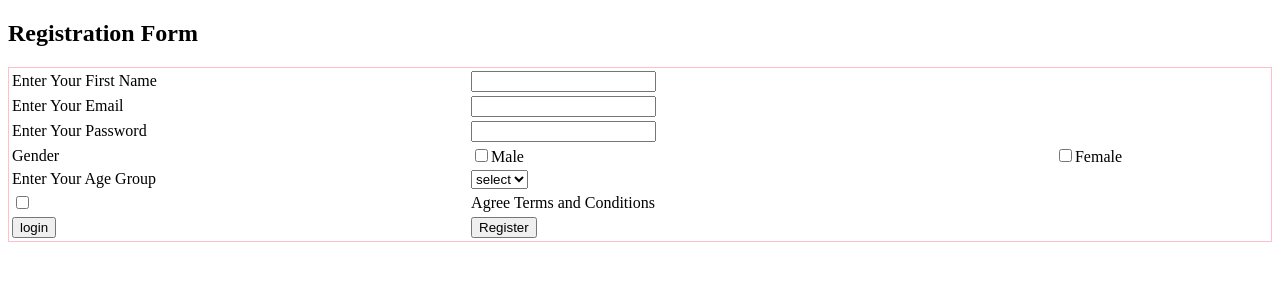
Repository: ishwarbade3/Web-Based-Java-at-CDAC
Page: MyApp/src/main/webapp/index.html
The author's editor kept a copy of each file at every save. The page is drawn from the files as they stood at one save, then again after the next save.
The browser window is 1280 px wide. The pictures show the whole page.

Above is the page before, as saved 2026-05-18 10:17:18.

### MyApp/src/main/webapp/index.html
<!DOCTYPE html>
<html>
<head>
<meta charset="ISO-8859-1">
<title>Insert title here</title>
<script type="text/javascript" src="resource/js/app.js"></script>
<link rel="styleSheet" href="resource/css/style.css">
</head>
<body>
	<h2>Registration Form</h2>
	<form action="register.html" method="get" name="regForm"
		onSubmit="return validate()">
		<table>
			<tr>
				<td>Enter Your First Name</td>
				<td><input type="text" name="fName"></td>
			</tr>
			<tr>
				<td>Enter Your Email</td>
				<td><input type="email" name="pEmail"></td>
			</tr>
			<tr>
				<td>Enter Your Password</td>
				<td><input type="password" name="pass"></td>
			</tr>
			<tr>
				<td>Gender</td>
				<td><input type="checkbox" name="male">Male</td>
				<td><input type="checkbox" name="female">Female</td>
			</tr>
			<tr>
				<td>Enter Your Age Group</td>
				<td><select name="age">
						<option value="select" selected="selected">select</option>
						<option value="16-18">16-18</option>
						<option value="19-20">19-20</option>
						<option value="20-22">20-22</option>
						<option value="22-25">22-25</option>
						<option value="26-30">26-30</option>
						<option value="31-35">31-35</option>
				</select></td>
			</tr>
			<tr>
				<td><input type="checkbox" name="terms"></td>
				<td>Agree Terms and Conditions</td>
			</tr>
			<tr>
				<td><input type="button" value="login"
					onclick="location.href='login.html'"></td>
				<td><input type="button" value="Register"
					onclick="location.href='registration.html'"></td>
			</tr>
		</table>
	</form>

</body>
</html>

### MyApp/src/main/webapp/resource/js/app.js
function validate(){

	if(document.regForm.fName.value==""){
		alert("Enter Your Name !!!")
		return false;
	}


}

### MyApp/src/main/webapp/resource/css/style.css
@charset "ISO-8859-1";

table{
	border:1px solid pink;
	width:100%;
	font-family: cursive;
}

After the next save:
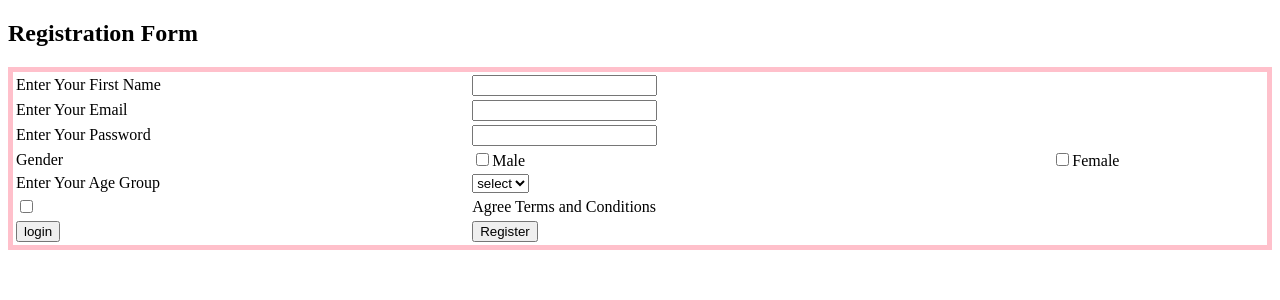
Saved 32 s later.
--- a/MyApp/src/main/webapp/resource/css/style.css
+++ b/MyApp/src/main/webapp/resource/css/style.css
@@ -1,7 +1,7 @@
 @charset "ISO-8859-1";
 
 table{
-	border:1px solid pink;
+	border:5px solid pink;
 	width:100%;
 	font-family: cursive;
 }
